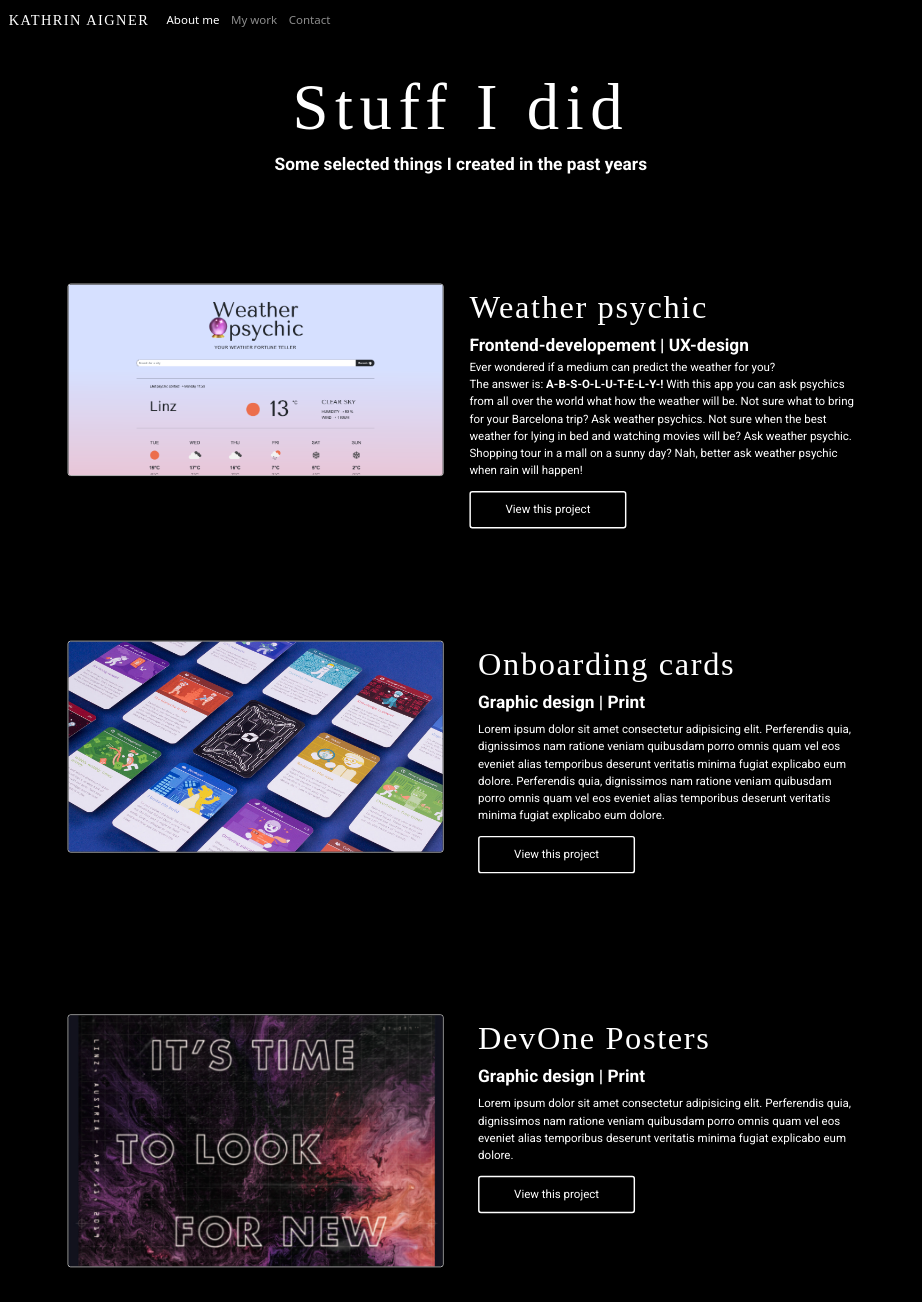
Repository: kathrin-aigner/Portfolio-2022
Page: work.html
An editor plug-in stored every save of this project. The page is shown before and after the next save, followed by the edit.
The browser window is 1280 px wide. The pictures show the whole page, at 72% of full size.
Some web fonts or font styles are not loaded; a fallback is used. Some web libraries are served in a nearby version.

Above is the page before, as saved 2022-03-28 16:07:15.

After the next save:
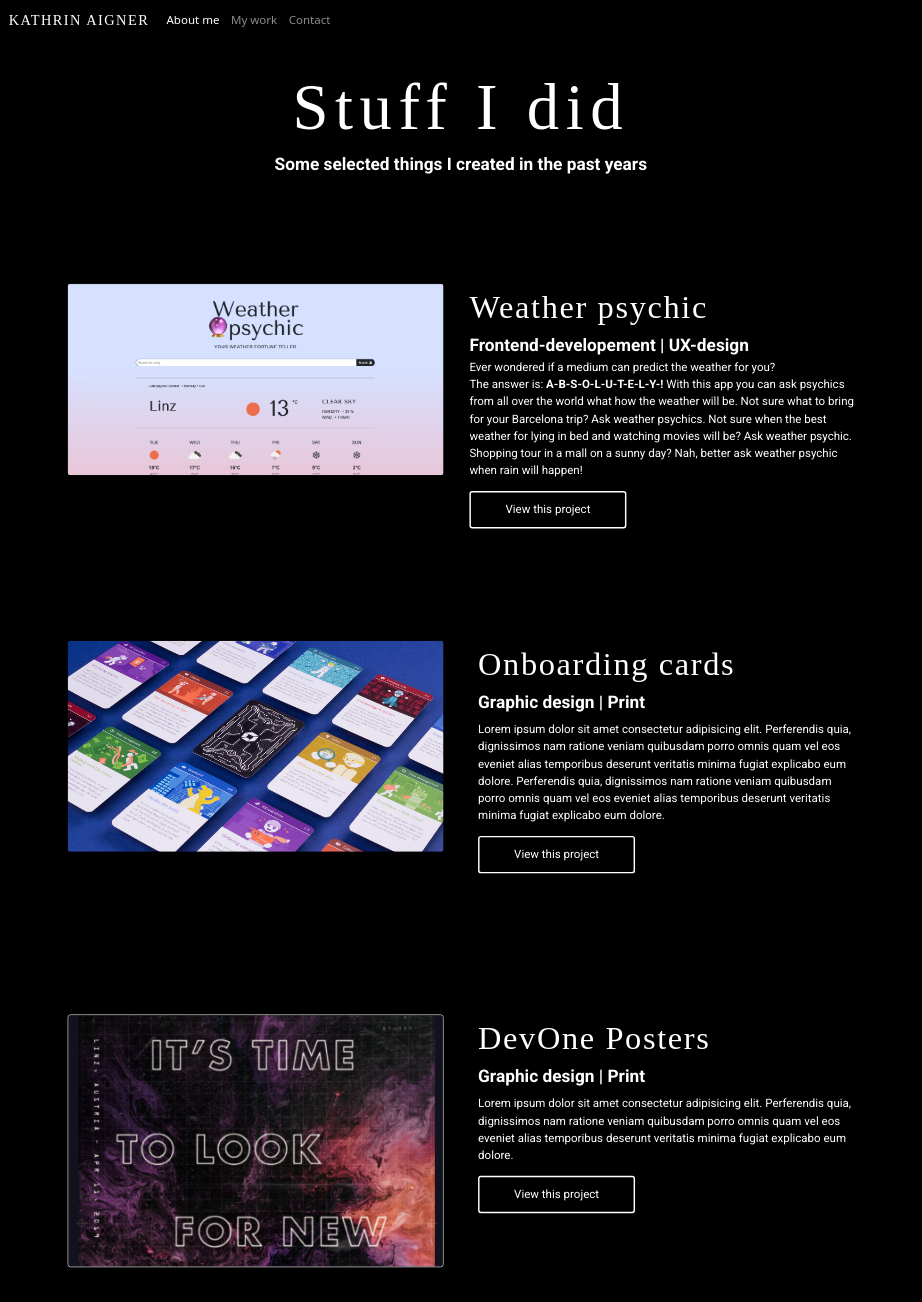
Saved 40 s later.
--- a/work.html
+++ b/work.html
@@ -83,7 +83,7 @@
         <div class="col-md-6 gx-5">
           <img
             src="/images/wheater psychic.png"
-            class="img-fluid rounded border border-white"
+            class="img-fluid rounded"
             alt="picture showing a preview of the weather homepage"
           />
         </div>
@@ -108,7 +108,7 @@
         <div class="col-md-6 gx-5">
           <img
             src="/images/onboarding-cards.jpg"
-            class="img-fluid rounded border border-white"
+            class="img-fluid rounded"
             alt="picture showing card game"
           />
         </div>
